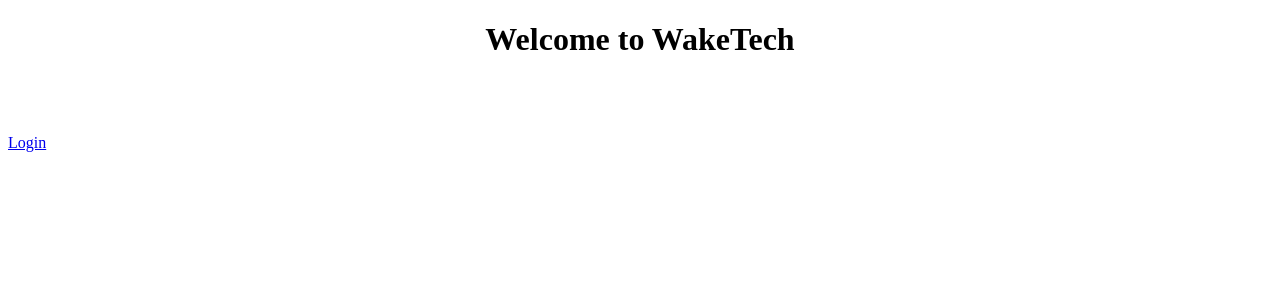
Repository: weshayutin/java258Online
Page: http://localhost/Week5Assignment2/menu.jsp
These files come from the project's save history. The page is drawn as it stood at one moment and after the next save; the edit follows.
The browser window is 1280 px wide. The pictures show the whole page.
The page is served by Tomcat 9.

Above is the page before, as saved 2011-02-14 00:47:40.

After the next save:
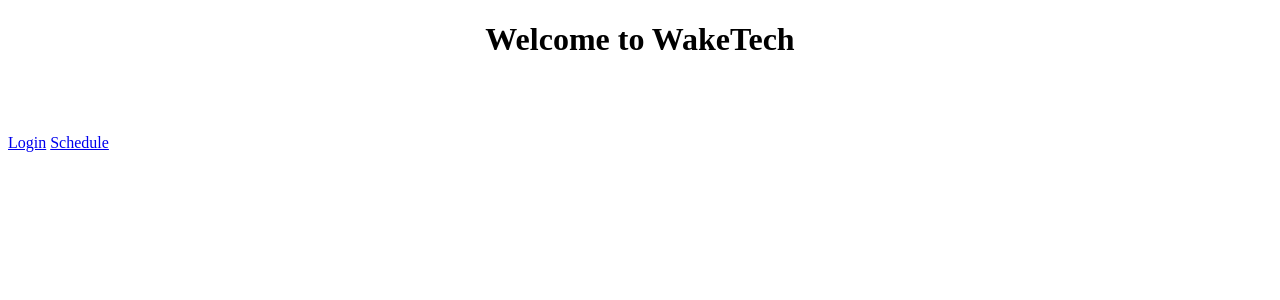
Saved 5 s later.
--- a/workspace/Week5Assignment2/WebContent/menu.jsp
+++ b/workspace/Week5Assignment2/WebContent/menu.jsp
@@ -10,7 +10,7 @@
 <body>
 <br><br><br>
 <a href="login.jsp">Login</a>
-<a href="schedule.jsp>Schedule</a>"
+<a href="schedule.jsp">Schedule</a>
 
 
 
